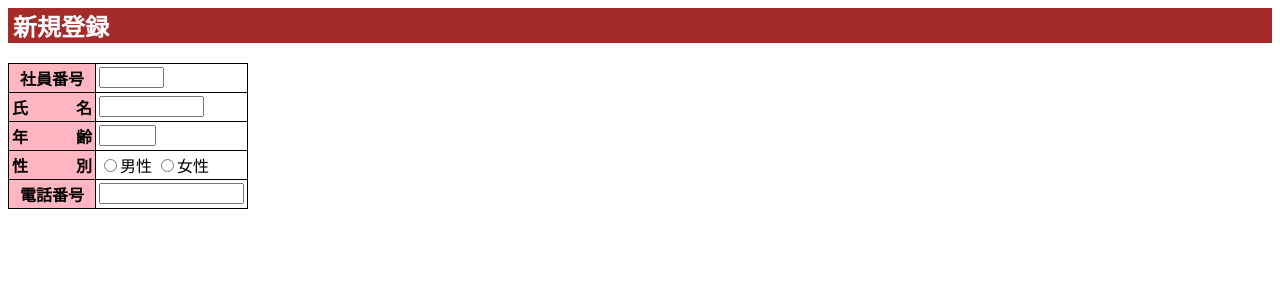
Repository: eb-communicationservice/php_study
Page: http://localhost/views/scripts/members/registMember.php
These files come from the project's save history. The page is drawn as it stood at one moment and after the next save; the edit follows.
The browser window is 1280 px wide. The pictures show the whole page.
The page is run by PHP 8.4 with error messages shown; the project is at /var/www/html/.

Above is the page before, as saved 2015-12-06 13:08:04.

After the next save:
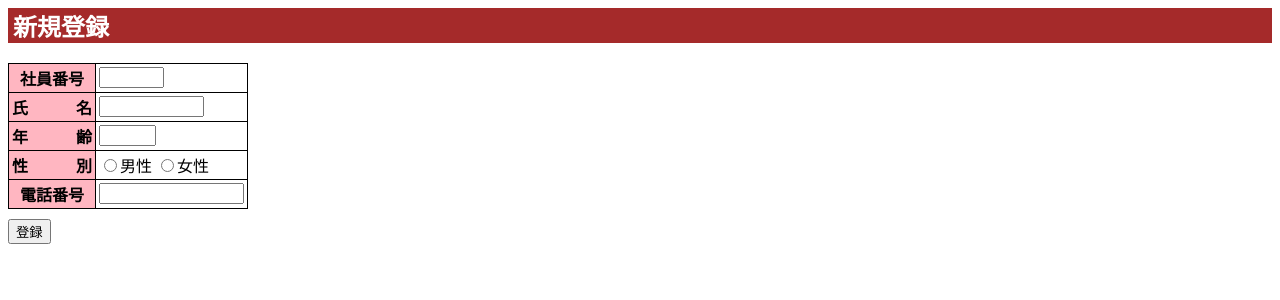
Saved 35 s later.
--- a/kadai01/views/scripts/members/registMember.php
+++ b/kadai01/views/scripts/members/registMember.php
@@ -32,5 +32,6 @@
 				<td><input id="phoneNum" type="text" name="phoneNum" size="15" maxlength="20" value="" /></td>
 			</tr>
 		</table>
+		<input type="submit" value="登録" />
 	</form>
 </body>
